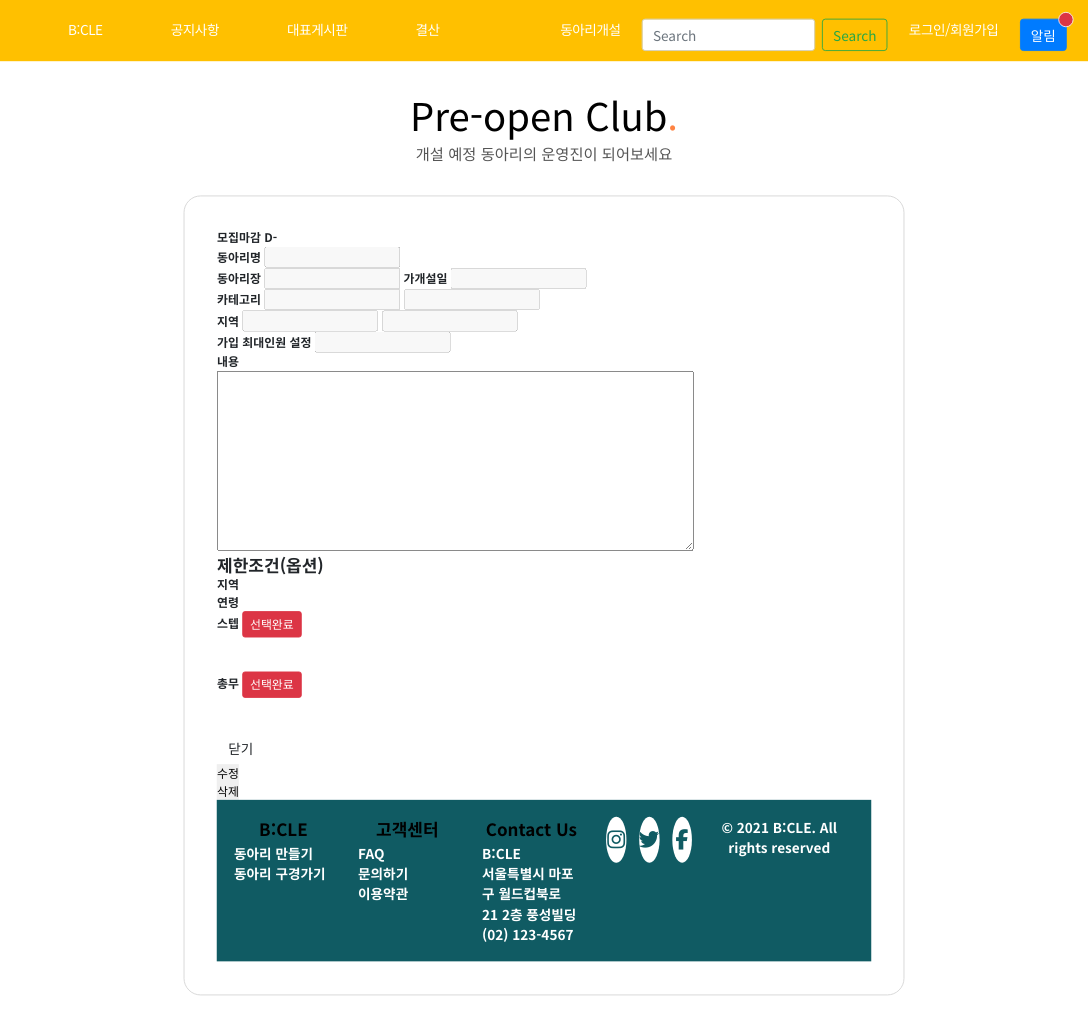
Repository: CHAEYUN7074/SpringProject
Page: http://localhost/viewpages/WEB-INF/view/ClubBeforeOpenedContents.jsp
An editor plug-in stored every save of this project. The page is shown before and after the next save, followed by the edit.
The browser window is 1280 px wide. The pictures show the whole page, at 85% of full size.
Some web fonts or font styles are not loaded; a fallback is used. Some web libraries are served in a nearby version. The page is served by Tomcat 9. Nobody is signed in. The template is opened directly, without the code that normally fills it, so the values that code supplies are empty.

Above is the page before, as saved 2021-12-27 14:03:50.

After the next save:
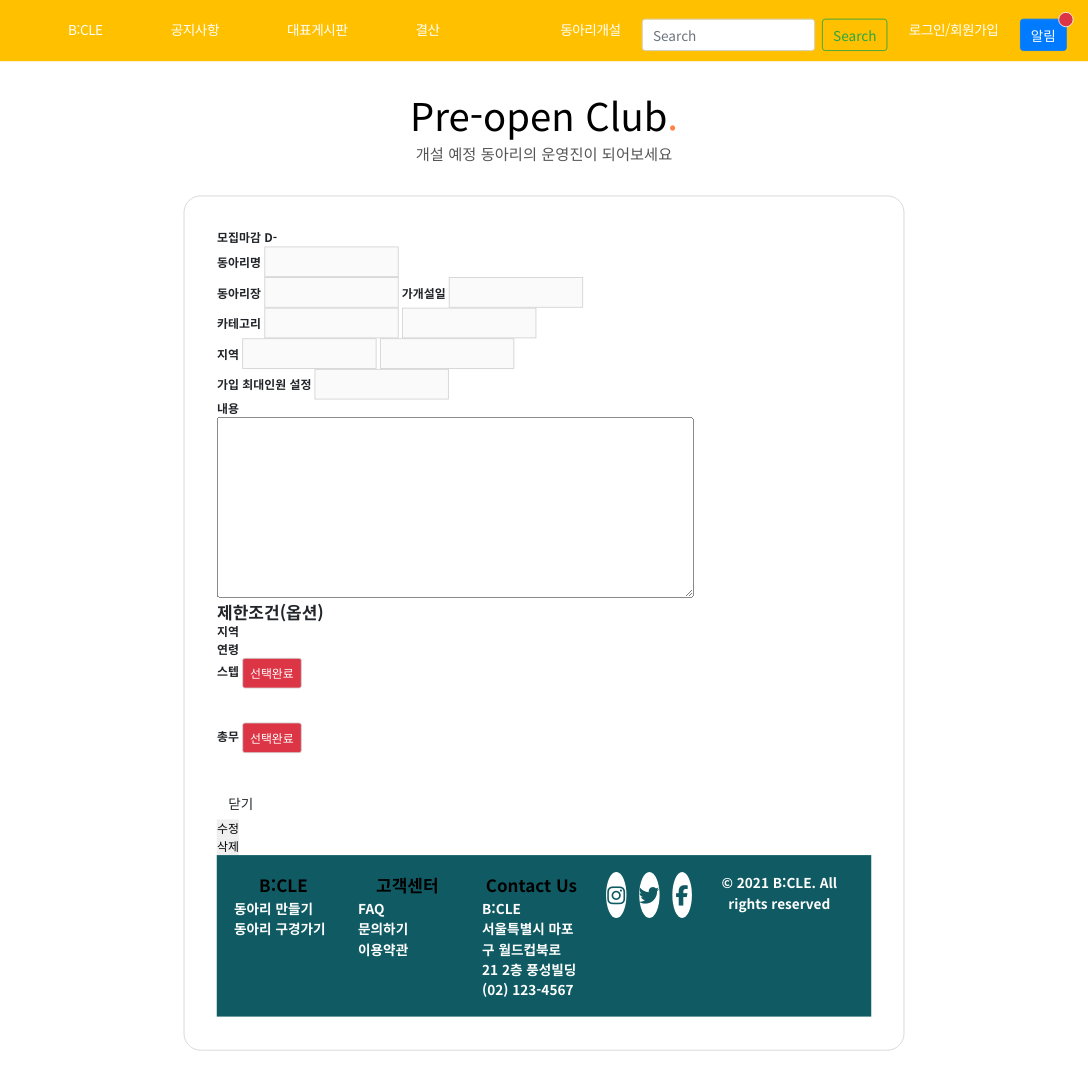
Saved 38 s later.
--- a/viewpages/WebContent/WEB-INF/view/ClubBeforeOpenedContents.jsp
+++ b/viewpages/WebContent/WEB-INF/view/ClubBeforeOpenedContents.jsp
@@ -52,6 +52,8 @@ String cp = request.getContextPath();
    font-family: 'Noto Sans KR', sans-serif;
    font-weight:bold;
 }
+
+#contents input {   border : 1px solid lightgray;    height : 5vh; margin-right : 0vh; height : 5vh}
 
 
 
